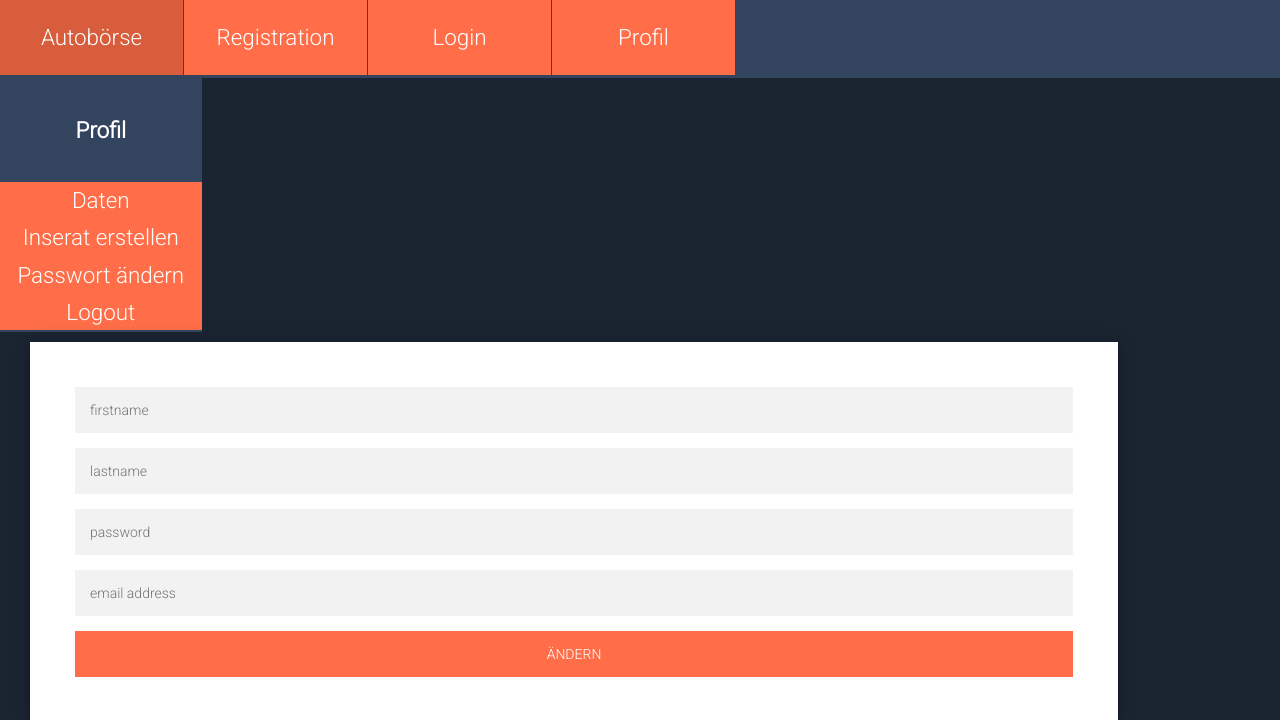
Repository: Turkelten/CarAdminstration
Page: http://localhost/Autobörse/userprofil.jsp
These files come from the project's save history. The page is drawn as it stood at one moment and after the next save; the edit follows.
The browser window is 1280 px wide. The pictures show the whole page.
The page is served by Tomcat 9. Other server files are loaded and not shown.

Above is the page before, as saved 2020-07-19 20:54:59.
Console error: SyntaxError: Unexpected token '=='

### Autobörse/WebContent/userprofil.jsp
<%@ page language="java" contentType="text/html; charset=ISO-8859-1"
    pageEncoding="ISO-8859-1"%>
<!DOCTYPE html>
<html>
<head>
	<meta name="viewport" content="width=device-width, initial-scale=1.0" charset="ISO-8859-1">
	<title>Autobörse</title>
	<link href="https://fonts.googleapis.com/css2?family=Roboto+Slab:wght@300&family=Roboto:wght@300&display=swap" rel="stylesheet">
	<link href="style.css" rel="stylesheet">
</head>
<body onload="userloggedin()">

	<jsp:include page="navigationbar.jsp" />
	<div class="page">
		<jsp:include page="sidebarUserProfil.jsp" />
			<div class="user-page">
				  <div class="userform">
					<form class="login-form" method="post" action="RegistrationServlet">
				      	<input type="text" placeholder="firstname" name="firstname"/>
				      	<input type="text" placeholder="lastname" name="lastname"/>
				      	<input type="password" placeholder="password" name="password"/>
				      	<input type="text" placeholder="email address" name="username"/>
				      	<button type="submit">Ändern</button>
			  		</form>
				</div>
			</div>
	</div>

	<script type="text/javascript">
		function userloggedin() {
			if (${ session.getAttribute("user") } == null) {
				window.location.href = "login.jsp";
			}
		}
	</script>
</body>
</html>

### Autobörse/WebContent/navigationbar.jsp
<header>
		<nav id="normal">
			<ul>
			  	<li style="float:left"><a href="index.jsp">Autobörse</a></li>
			  	<li ><a class="active" href="registration.jsp">Registration</a></li>
			  	<li ><a class="active" href="login.jsp">Login</a></li>
			  	<li ><a class="active" href="userprofil.jsp">Profil</a></li>
			</ul>
		</nav>

		<nav id="mobile">
			<div id="menu">Menü</div>
			<ul>
			  	<li ><a href="index.jsp">Autobörse</a></li>
			  	<li ><a class="active" href="registration.jsp">Registration</a></li>
			  	<li ><a class="active" href="login.jsp">Login</a></li>
			  	<li ><a class="active" href="userprofil.jsp">Profil</a></li>
			</ul>
		</nav>
	</header>

### Autobörse/WebContent/sidebarUserProfil.jsp
<div class="usersidebar-container">
			<h2> Profil </h2>
			<div class="usersidebar">
				<ul>
				  	<li ><a href="userprofil.jsp">Daten</a></li>
				  	<li ><a href="userInseratErstellen.jsp">Inserat erstellen</a></li>
				  	<li ><a href="userPasswortAendern.jsp">Passwort ändern</a></li>
				  	<li ><a class="active" href="LogoutServlet">Logout</a></li>
				</ul>
			</div>
		</div>

### Autobörse/WebContent/style.css
body,
html {
  background: #1b2431;
  margin: 0;
  padding: 0;
  font-size: 100%;
  color: white;
}

@media screen and (max-width: 600px) {
  body,
  html {
    font-size: 48%;
  }
}

@media screen and (min-width: 600px) {
  body,
  html {
    font-size: 53%;
  }
}

@media screen and (min-width: 800px) {
  body,
  html {
    font-size: 57%;
  }
}

@media screen and (min-width: 1200px) {
  body,
  html {
    font-size: 70%;
  }
}

header {
  background: #33455e;
  position: fixed;
  top: 0;
  width: 100%;
  text-align: left;
  transition: 200ms all;
  height: 7rem;
}

header nav#normal {
  color: #c8354e;
  display: inline-block;
}

@media screen and (max-width: 800px) {
  header nav#normal {
    display: none;
  }
}

header nav#normal ul {
  margin: 0;
  padding: 0;
  transition: all 300ms;
  display: inline-block;
}

header nav#normal ul li {
  margin: 0;
  padding: 0;
  float: left;
  list-style: none;
  position: relative;
  transition: all 300ms;
}

header nav#normal ul li a {
  display: inline-block;
  padding: 2.17rem;
  float: left;
  min-width: 12rem;
  text-align: center;
  font-size: 2rem;
  color: #fff;
  margin: 0 1px 0 0;
  text-decoration: none;
  background: #ff6e48;
  font-weight: 300;
  transition: all 300ms;
  font-family: "Roboto", sans-serif;
}

header nav#normal ul li:hover > a {
  background: #d85d3c;
}

header nav#normal ul li ul {
  overflow: hidden;
  position: absolute;
  top: 100%;
  left: 0;
  width: 100%;
  transition: 300ms all;
  max-height: 0;
}

header nav#normal ul li ul li {
  border-bottom: 1px solid #8c1e31;
}

header nav#normal ul li:hover > ul {
  max-height: 700px;
}

header nav#mobile {
  color: #c8354e;
  display: none;
}

@media screen and (max-width: 800px) {
  header nav#mobile {
    display: block;
  }
}

header nav #menu {
  padding: 2.17rem 5% 2.17rem 5%;
  float: left;
  width: 90%;
  text-align: center;
  font-size: 2rem;
  color: #fff;
  cursor: pointer;
  font-weight: 300;
  transition: all 500ms;
  font-family: "Roboto", sans-serif;
}

header nav#mobile ul {
  width: 100%;
  margin: 0;
  padding: 0;
  max-height: 0;
  transition: all 500ms;
  overflow: hidden;
  float: left;
}

header nav#mobile:hover > ul {
  max-height: 800px;
}

header nav#mobile ul li {
  margin: 0;
  padding: 0;
  float: left;
  width: 100%;
  list-style: none;
  position: relative;
  transition: all 500ms;
}

header nav#mobile ul li a {
  display: inline-block;
  padding: 2.17rem 5% 2.17rem 5%;
  float: left;
  min-width: 12rem;
  width: 90%;
  text-align: center;
  font-size: 2rem;
  color: #fff;
  text-decoration: none;
  background: #c8354e;
  font-weight: 300;
  transition: all 500ms;
  font-family: "Roboto", sans-serif;
}

header nav#mobile ul li:hover > a {
  background: #8c1e31;
}

header nav#mobile ul li ul {
  width: 100%;
  transition: all 500ms;
  max-height: 0;
  overflow: hidden;
  float: left;
}

header nav#mobile ul li ul li {
  display: block;
  float: left;
  background: #8c1e31;
  transition: all 500ms;
}

header nav#mobile ul li ul li a {
  background: #8c1e31;
}

header nav#mobile ul li:hover > ul {
  max-height: 500px;
}

.page {
  	position:fixed;
    padding:0;
    margin:0;

    top:7rem;
    left:0;

    width: 100%;
    height: 100%;
}

.login-page {
  width: 360px;
  padding: 8% 0 0;
  margin: auto;
}
.form {
  position: relative;
  z-index: 1;
  background: #FFFFFF;
  max-width: 360px;
  margin: 0 auto 100px;
  padding: 45px;
  text-align: center;
  box-shadow: 0 0 20px 0 rgba(0, 0, 0, 0.2), 0 5px 5px 0 rgba(0, 0, 0, 0.24);
}
.form input {
  font-family: "Roboto", sans-serif;
  outline: 0;
  background: #f2f2f2;
  width: 100%;
  border: 0;
  margin: 0 0 15px;
  padding: 15px;
  box-sizing: border-box;
  font-size: 14px;
}
.form button {
  font-family: "Roboto", sans-serif;
  text-transform: uppercase;
  outline: 0;
  background: #ff6e48;
  width: 100%;
  border: 0;
  padding: 15px;
  color: #FFFFFF;
  font-size: 14px;
  -webkit-transition: all 0.3 ease;
  transition: all 0.3 ease;
  cursor: pointer;
}
.form button:hover,.form button:active,.form button:focus {
  background: #d85d3c;
}
.form .message {
  margin: 15px 0 0;
  color: #b3b3b3;
  font-size: 12px;
}
.form .message a {
  color: #4CAF50;
  text-decoration: none;
}
.form .register-form {
  display: none;
}
.container {
  position: relative;
  z-index: 1;
  max-width: 300px;
  margin: 0 auto;
}
.container:before, .container:after {
  content: "";
  display: block;
  clear: both;
}
.container .info {
  margin: 50px auto;
  text-align: center;
}
.container .info h1 {
  margin: 0 0 15px;
  padding: 0;
  font-size: 36px;
  font-weight: 300;
  color: #1a1a1a;
}
.container .info span {
  color: #4d4d4d;
  font-size: 12px;
}
.container .info span a {
  color: #000000;
  text-decoration: none;
}
.container .info span .fa {
  color: #EF3B3A;
}


.user-page {
  width: 85%;
  height: 100%;
  padding-top: 10px;
  padding-left: 30px;
  margin-left: 0;
  float: left;
}
.userform {
  position: relative;
  z-index: 1;
  background: #FFFFFF;

  padding: 45px;
  text-align: center;
  box-shadow: 0 0 20px 0 rgba(0, 0, 0, 0.2), 0 5px 5px 0 rgba(0, 0, 0, 0.24);
}
.userform input {
  font-family: "Roboto", sans-serif;
  outline: 0;
  background: #f2f2f2;
  width: 100%;
  border: 0;
  margin: 0 0 15px;
  padding: 15px;
  box-sizing: border-box;
  font-size: 14px;
}
.userform button {
  font-family: "Roboto", sans-serif;
  text-transform: uppercase;
  outline: 0;
  background: #ff6e48;
  width: 100%;
  border: 0;
  padding: 15px;
  color: #FFFFFF;
  font-size: 14px;
  -webkit-transition: all 0.3 ease;
  transition: all 0.3 ease;
  cursor: pointer;
}
.userform button:hover,.form button:active,.form button:focus {
  background: #d85d3c;
}
.userform .message {
  margin: 15px 0 0;
  color: #b3b3b3;
  font-size: 12px;
}
.userform .message a {
  color: #4CAF50;
  text-decoration: none;
}

.usersidebar-container {
	width: 18rem;
	padding-top:10px;
	margin-right: auto;
	background: #33455e;
	float: left;
}

.usersidebar-container h2 {
	text-align:center;
	padding-top: 10px;
	font-size: 2rem;
	font-family: "Roboto", sans-serif;
}

.usersidebar {
	position: relative;
  	width:100%;

  	padding-top: 20px;
  	text-align: center;
}


.usersidebar ul {
  margin: 0;
  padding: 0;
  transition: all 300ms;
  display: inline-block;
}

.usersidebar ul li {
  margin: 0;
  padding: 0;
  width: 100%;
  float: left;
  list-style: none;
  position: relative;
  transition: all 300ms;
}

.usersidebar ul li a {
  display: inline-block;
  padding: 0.5rem;
  float: top;
  width: 17rem;
  text-align: center;
  font-size: 2rem;
  color: #fff;
  text-decoration: none;
  background: #ff6e48;
  font-weight: 300;
  font-family: "Roboto", sans-serif;
}

.usersidebar ul li:hover > a {
  background: #d85d3c;
}

.searchsidebar-container {
	width: 18rem;
	padding-top:10px;
	margin-right: auto;
	background: #33455e;
	float: left;
}

.searchsidebar-container h2 {
	text-align:center;
	padding-top: 10px;
	font-size: 2rem;
	font-family: "Roboto", sans-serif;
}

.searchsidebar {
	position: relative;
  	width:100%;

  	padding-top: 10px;
  	padding-bottom: 20px;
  	text-align: center;
}

.searchsidebar label{
	padding:10px;
	font-size: 2rem;
	font-weight: 300;
  	font-family: "Roboto", sans-serif;
  	text-decoration: none;
}

.anzeige {
	position: relative;
  	z-index: 1;
  	background: #FFFFFF;
  	color: black;
  	padding: 20px;
  	text-align: center;
  	box-shadow: 0 0 20px 0 rgba(0, 0, 0, 0.2), 0 5px 5px 0 rgba(0, 0, 0, 0.24);
}

After the next save:
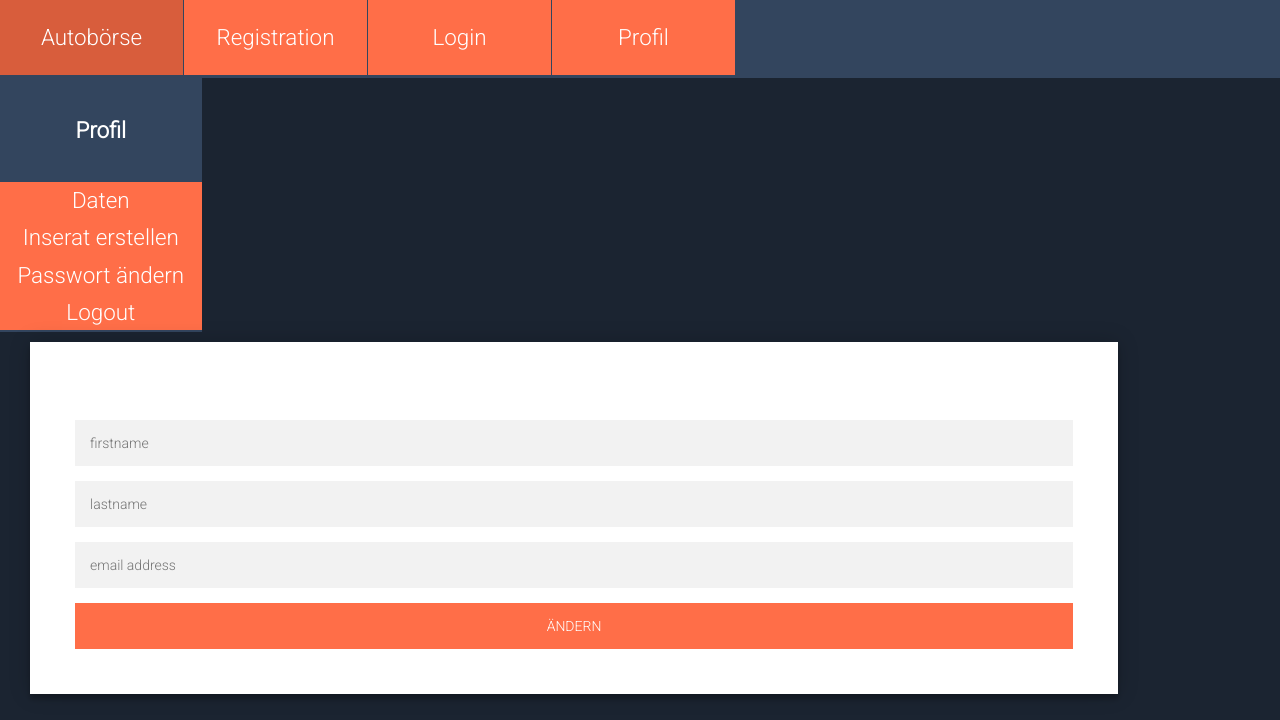
Saved 25 s later.
--- a/Autobörse/WebContent/userprofil.jsp
+++ b/Autobörse/WebContent/userprofil.jsp
@@ -16,9 +16,9 @@
 			<div class="user-page">
 				  <div class="userform">
 					<form class="login-form" method="post" action="RegistrationServlet">
+						<h2>Profildaten</h2>
 				      	<input type="text" placeholder="firstname" name="firstname"/>
 				      	<input type="text" placeholder="lastname" name="lastname"/>
-				      	<input type="password" placeholder="password" name="password"/>
 				      	<input type="text" placeholder="email address" name="username"/>
 				      	<button type="submit">Ändern</button>
 			  		</form>
